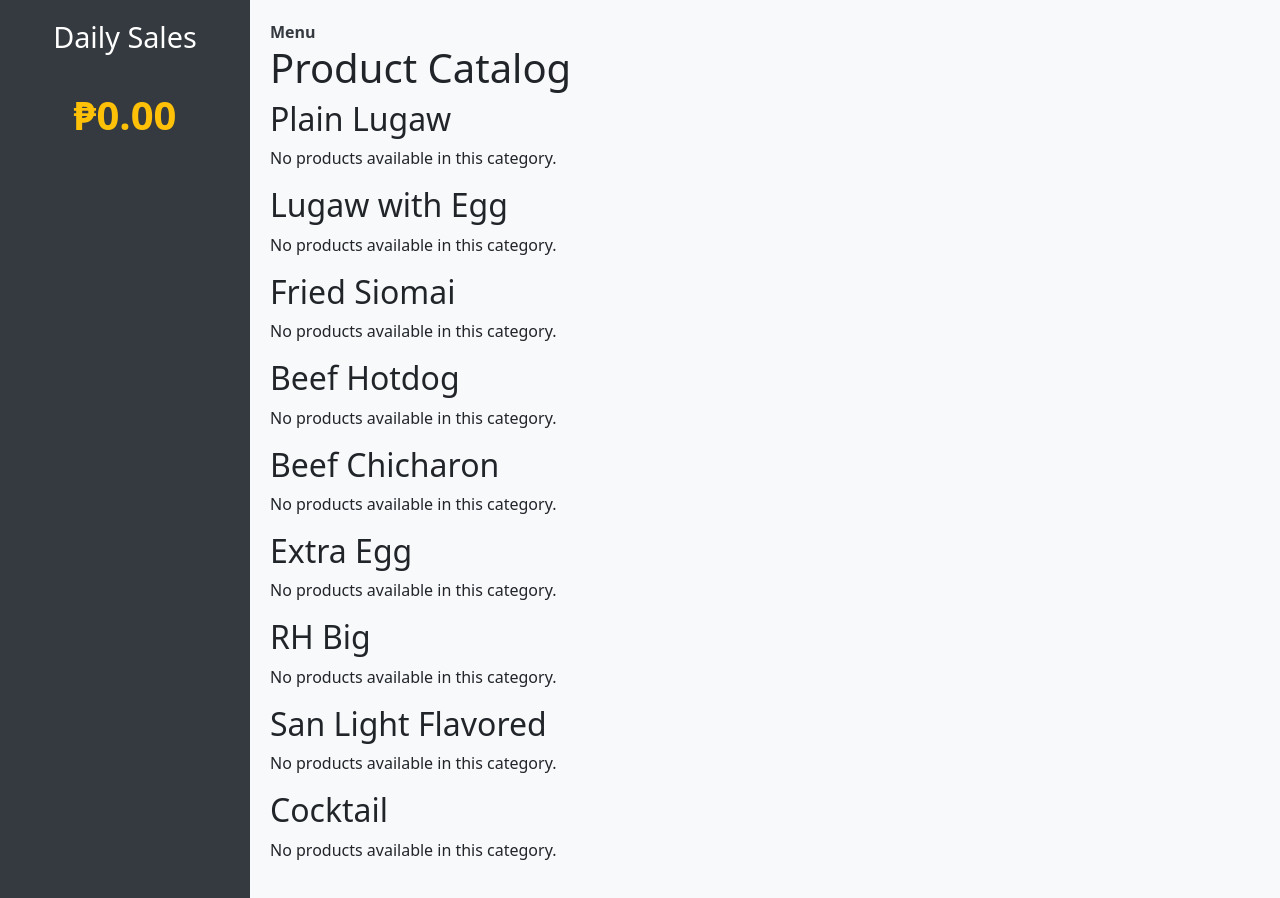
Repository: Jijiluzana225/lugawan_pitlane
Page: http://localhost/menu/
An editor plug-in stored every save of this project. The page is shown before and after the next save, followed by the edit.
The browser window is 1280 px wide. The pictures show the whole page.
The page is served by the project's application, run on Django 5.2 (manage.py). Other server files are loaded and not shown. The page reads the database file committed with the project.

Above is the page before, as saved 2025-03-06 09:26:44.

### pos/templates/pos/catalog.html
{% extends 'pos/base.html' %}

{% block title %}Product Catalog - Lugaw Cafe{% endblock %}

{% block content %}
<h1>Product Catalog</h1>
{% for category in categories %}
    <h2>{{ category.name }}</h2>
    <div class="catalog">
        {% for product in category.product_set.all %}
            <div class="product">
                <h3>{{ product.name }}</h3>
                <p>₱{{ product.price }}</p>

                <!-- Running total ordered today -->
                {% with total_ordered=product.total_ordered_today %}
                    <p>Ordered today: {{ total_ordered|default:0 }}</p>
                {% endwith %}

                {% if product.available %}
                    <form action="{% url 'add_to_order' %}" method="post">
                        {% csrf_token %}
                        <input type="hidden" name="product_id" value="{{ product.id }}">
                        <label for="qty_{{ product.id }}">Qty:</label>
                        <input type="number" name="quantity" id="qty_{{ product.id }}" value="1" min="1" required>
                        <button type="submit">Add to Order</button>
                    </form>
                {% else %}
                    <p style="color: red;">Out of Stock</p>
                {% endif %}
            </div>
        {% empty %}
            <p>No products available in this category.</p>
        {% endfor %}
    </div>
{% empty %}
    <p>No categories available.</p>
{% endfor %}
{% endblock %}

### pos/templates/pos/base.html
<!DOCTYPE html>
<html lang="en">
<head>
    <meta charset="UTF-8">
    <meta name="viewport" content="width=device-width, initial-scale=1.0">
    <title>{% block title %}Lugaw Cafe POS{% endblock %}</title>

    <!-- Bootstrap CSS -->
    <link href="https://cdnjs.cloudflare.com/ajax/libs/bootstrap/5.3.0/css/bootstrap.min.css" rel="stylesheet">

    <style>
        body {
            display: flex;
            min-height: 100vh;
            background-color: #f8f9fa;
        }

        .sidebar {
            width: 250px;
            background: #343a40;
            color: #fff;
            padding: 20px;
        }

        .sidebar h2 {
            font-size: 1.8rem;
            text-align: center;
            margin-bottom: 30px;
        }

        .total-orders {
            font-size: 2.5rem;
            font-weight: bold;
            color: #ffc107;
            text-align: center;
        }

        .main-content {
            flex: 1;
            padding: 20px;
        }

        .catalog {
            display: flex;
            flex-wrap: wrap;
            gap: 20px;
            justify-content: flex-start;
        }

        .product {
            border: 1px solid #ccc;
            padding: 15px;
            width: 200px;
            text-align: center;
            background-color: #ffffff;
            border-radius: 8px;
            box-shadow: 0 2px 8px rgba(0, 0, 0, 0.1);
            transition: transform 0.2s ease-in-out;
        }

        .product:hover {
            transform: scale(1.05);
        }

        .product h3 {
            margin: 0;
            font-size: 1.2rem;
            color: #212529;
        }

        .product p {
            margin: 5px 0;
        }

        .btn-add {
            background-color: #28a745;
            color: white;
            border: none;
            padding: 8px 12px;
            border-radius: 5px;
            transition: background-color 0.2s ease-in-out;
        }

        .btn-add:hover {
            background-color: #218838;
        }

        nav a {
            margin-right: 15px;
            text-decoration: none;
            color: #343a40;
            font-weight: bold;
        }
    </style>
</head>
<body>

    <!-- Sidebar with total orders -->
    <div class="sidebar">
        <h2>Daily Sales</h2>
        <div class="total-orders">
            ₱{{ total_sales|default:"0.00" }}
        </div>
    </div>

    <div class="main-content">
        <nav>
            <a href="{% url 'menu' %}">Menu</a>

        </nav>

        {% block content %}{% endblock %}
    </div>

</body>
</html>

### pos/models.py
from django.db import models
from django.utils.timezone import now

class Category(models.Model):
    name = models.CharField(max_length=100)

    def __str__(self):
        return self.name

from django.db import models
from django.utils.timezone import now

class Category(models.Model):
    name = models.CharField(max_length=100)

    def __str__(self):
        return self.name

class Product(models.Model):
    name = models.CharField(max_length=200)
    category = models.ForeignKey(Category, on_delete=models.CASCADE)
    price = models.DecimalField(max_digits=10, decimal_places=2)
    available = models.BooleanField(default=True)

    def __str__(self):
        return self.name

    @property
    def total_ordered_today(self):
        from django.db.models import Sum
        from datetime import date

        today = date.today()
        total = OrderItem.objects.filter(
            product=self,
            datetimestamp__date=today
        ).aggregate(Sum('quantity'))['quantity__sum']

        return total or 0


class OrderItem(models.Model):
    product = models.ForeignKey(Product, on_delete=models.CASCADE)
    quantity = models.PositiveIntegerField(default=1)
    datetimestamp = models.DateTimeField(default=now)  # New field

    def __str__(self):
        return f"{self.quantity} x {self.product.name} at {self.datetimestamp}"

### pos/views.py
from django.shortcuts import render
from .models import Category, Product




def catalog(request):

    categories = Product.objects.select_related('category').all()

    # Calculate total sales for the day from OrderItem model
    today = date.today()
    total_sales = OrderItem.objects.filter(
        datetimestamp__date=today
    ).annotate(
        total_price=F('product__price') * F('quantity')  # Calculate total price per item
    ).aggregate(
        total=Sum('total_price')
    )['total'] or 0
    categories = Category.objects.prefetch_related('product_set').all()
    return render(request, 'pos/catalog.html', {'categories': categories,'total_sales': total_sales})


from django.shortcuts import redirect, get_object_or_404
from django.utils.timezone import now
from .models import Product, OrderItem

def add_to_order(request):
    if request.method == 'POST':
        product_id = request.POST.get('product_id')
        quantity = int(request.POST.get('quantity', 1))  # Get quantity, default to 1 if missing
        product = get_object_or_404(Product, id=product_id)

        # Always create a new OrderItem record with the provided quantity
        OrderItem.objects.create(
            product=product,
            quantity=quantity,
            datetimestamp=now()
        )

    return redirect('catalog')


from django.shortcuts import render
from django.db.models import Sum, F
from django.utils.timezone import now
from datetime import date
from .models import Product, OrderItem

def menu(request):
    categories = Product.objects.select_related('category').all()

    # Calculate total sales for the day from OrderItem model
    today = date.today()
    total_sales = OrderItem.objects.filter(
        datetimestamp__date=today
    ).annotate(
        total_price=F('product__price') * F('quantity')  # Calculate total price per item
    ).aggregate(
        total=Sum('total_price')
    )['total'] or 0

    return render(request, 'pos/catalog.html', {
        'categories': categories,
        'total_sales': total_sales
    })

### lugaw_pos/urls.py
from django.contrib import admin
from django.urls import path, include

urlpatterns = [
    path('admin/', admin.site.urls),
    path('', include('pos.urls')),
]

### pos/urls.py
from django.urls import path
from . import views

urlpatterns = [
    path('menu/', views.menu, name='menu'),

    path('catalog/', views.catalog, name='catalog'),  # New catalog page
    path('add-to-order/', views.add_to_order, name='add_to_order'),  # New URL for adding to order

]

### db.sqlite3 (the tables this page reads, as SQL)
CREATE TABLE "pos_category" ("id" integer NOT NULL PRIMARY KEY AUTOINCREMENT, "name" varchar(100) NOT NULL);
INSERT INTO "pos_category" VALUES
(1, 'Lugaw'),
(2, 'Toppings'),
(3, 'Beers'),
(4, 'Cocktail');

CREATE TABLE "pos_orderitem" ("id" integer NOT NULL PRIMARY KEY AUTOINCREMENT, "quantity" integer unsigned NOT NULL CHECK ("quantity" >= 0), "product_id" bigint NOT NULL REFERENCES "pos_product" ("id") DEFERRABLE INITIALLY DEFERRED, "datetimestamp" datetime NOT NULL);
INSERT INTO "pos_orderitem" VALUES
(50, 1, 1, '2025-03-06 01:56:34.121001'),
(51, 1, 6, '2025-03-06 01:56:41.037510'),
(52, 1, 1, '2025-03-06 01:56:57.538878'),
(53, 1, 1, '2025-03-06 01:56:59.174436'),
(54, 1, 1, '2025-03-06 01:57:01.013718'),
(55, 1, 1, '2025-03-06 01:59:52.563631'),
(56, 1, 2, '2025-03-06 02:00:06.551409'),
(57, 1, 2, '2025-03-06 02:00:07.073217'),
(58, 1, 6, '2025-03-06 02:01:38.991734'),
(59, 1, 2, '2025-03-06 02:01:44.300049'),
(60, 1, 2, '2025-03-06 02:01:45.529915'),
(61, 1, 2, '2025-03-06 02:01:45.930399'),
(62, 1, 2, '2025-03-06 02:01:47.716337'),
(63, 1, 4, '2025-03-06 02:01:51.587389'),
(64, 1, 5, '2025-03-06 02:01:56.477001'),
(65, 1, 3, '2025-03-06 02:02:02.440242'),
(66, 1, 2, '2025-03-06 02:13:40.929574'),
(67, 1, 2, '2025-03-06 02:17:50.680794'),
(68, 1, 7, '2025-03-06 02:53:27.259124');

CREATE TABLE "pos_product" ("id" integer NOT NULL PRIMARY KEY AUTOINCREMENT, "name" varchar(200) NOT NULL, "price" decimal NOT NULL, "available" bool NOT NULL, "category_id" bigint NOT NULL REFERENCES "pos_category" ("id") DEFERRABLE INITIALLY DEFERRED);
INSERT INTO "pos_product" VALUES
(1, 'Plain Lugaw', 20, 1, 1),
(2, 'Lugaw with Egg', 35, 1, 1),
(3, 'Fried Siomai', 20, 1, 2),
(4, 'Beef Hotdog', 20, 1, 2),
(5, 'Beef Chicharon', 10, 1, 2),
(6, 'Extra Egg', 15, 1, 2),
(7, 'RH Big', 150, 1, 3),
(8, 'San Light Flavored', 75, 1, 3),
(9, 'Cocktail', 350, 1, 4);

After the next save:
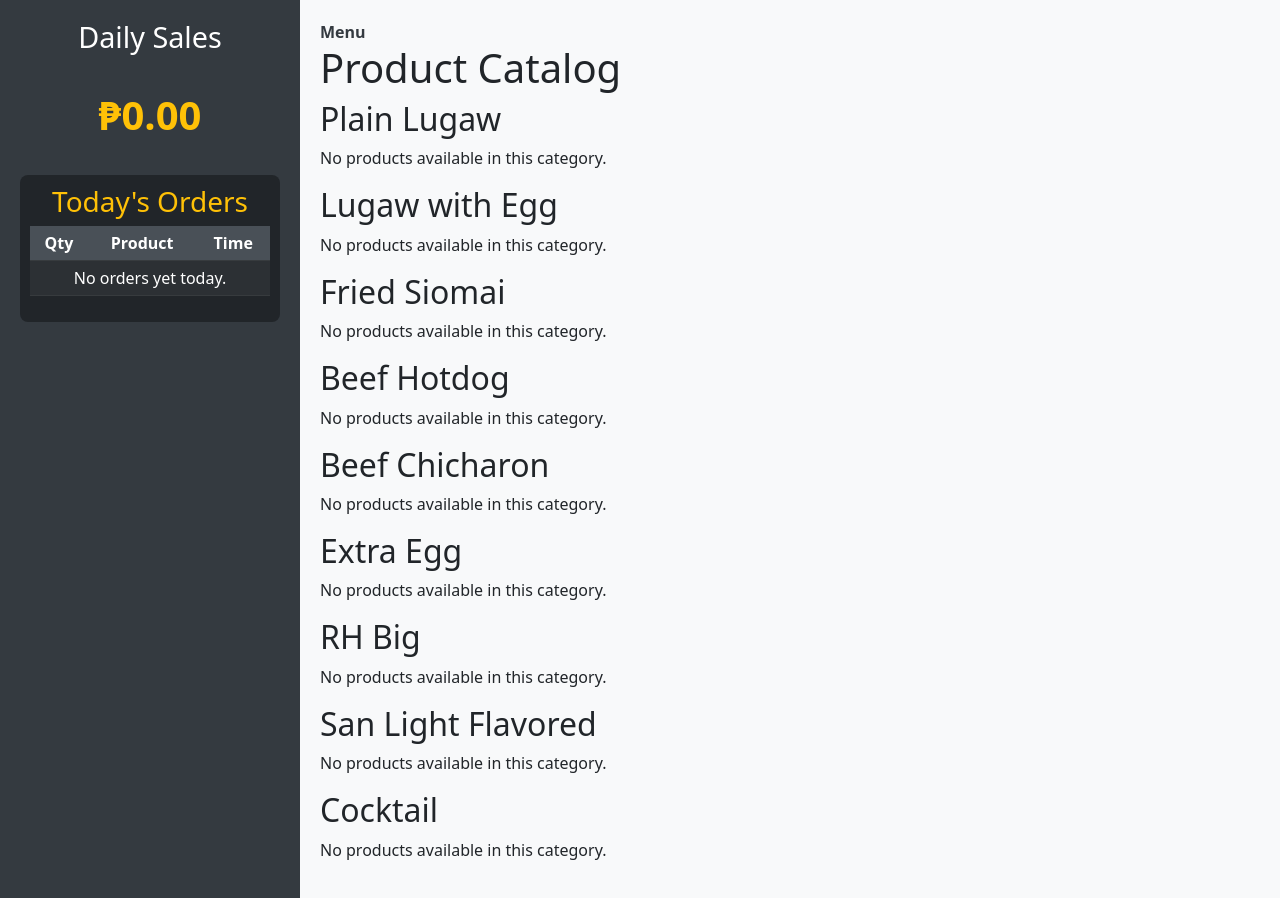
Saved 3 min 32 s later.
--- a/pos/templates/pos/base.html
+++ b/pos/templates/pos/base.html
@@ -16,10 +16,12 @@
         }
 
         .sidebar {
-            width: 250px;
+            width: 300px;
             background: #343a40;
             color: #fff;
             padding: 20px;
+            display: flex;
+            flex-direction: column;
         }
 
         .sidebar h2 {
@@ -33,6 +35,38 @@
             font-weight: bold;
             color: #ffc107;
             text-align: center;
+        }
+
+        .orders-table {
+            margin-top: 30px;
+            background: #212529;
+            border-radius: 8px;
+            padding: 10px;
+            overflow-y: auto;
+            max-height: 400px;
+        }
+
+        .orders-table h3 {
+            text-align: center;
+            color: #ffc107;
+        }
+
+        .orders-table table {
+            width: 100%;
+            color: #fff;
+        }
+
+        .orders-table th, .orders-table td {
+            padding: 5px;
+            text-align: center;
+        }
+
+        .orders-table th {
+            background-color: #495057;
+        }
+
+        .orders-table tr:nth-child(even) {
+            background-color: #343a40;
         }
 
         .main-content {
@@ -95,18 +129,43 @@
 </head>
 <body>
 
-    <!-- Sidebar with total orders -->
+    <!-- Sidebar with total orders and order table -->
     <div class="sidebar">
         <h2>Daily Sales</h2>
         <div class="total-orders">
             ₱{{ total_sales|default:"0.00" }}
+        </div>
+
+        <div class="orders-table">
+            <h3>Today's Orders</h3>
+            <table class="table table-dark table-striped">
+                <thead>
+                    <tr>
+                        <th>Qty</th>
+                        <th>Product</th>
+                        <th>Time</th>
+                    </tr>
+                </thead>
+                <tbody>
+                    {% for order in todays_orders %}
+                        <tr>
+                            <td>{{ order.quantity }}</td>
+                            <td>{{ order.product.name }}</td>
+                            <td>{{ order.datetimestamp|time:"h:i A" }}</td>
+                        </tr>
+                    {% empty %}
+                        <tr>
+                            <td colspan="3">No orders yet today.</td>
+                        </tr>
+                    {% endfor %}
+                </tbody>
+            </table>
         </div>
     </div>
 
     <div class="main-content">
         <nav>
             <a href="{% url 'menu' %}">Menu</a>
-
         </nav>
 
         {% block content %}{% endblock %}
